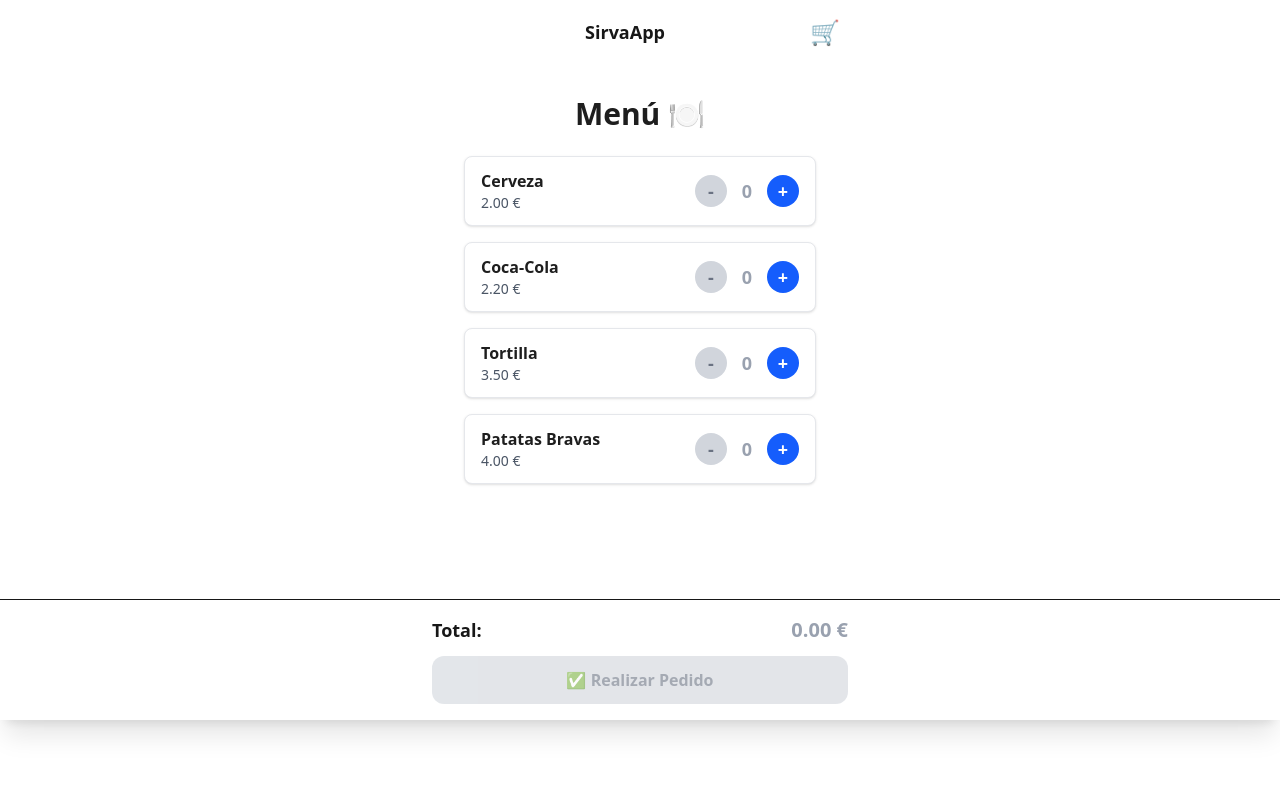
Repository: jrcardenas/sirvaapp
Page: /menu
The author's editor kept a copy of each file at every save. The page is drawn from the files as they stood at one save, then again after the next save.
The browser window is 1280 px wide. The pictures show the whole page.
The project was rebuilt for these pictures with package versions that can differ from the ones it lists, and the page was loaded fresh each time. The framework's server and built-in components were replaced by stand-ins that run in the browser. Also part of the build but not shown: next.config.ts.

Above is the page before, as saved 2025-11-02 12:01:12.

After the next save:
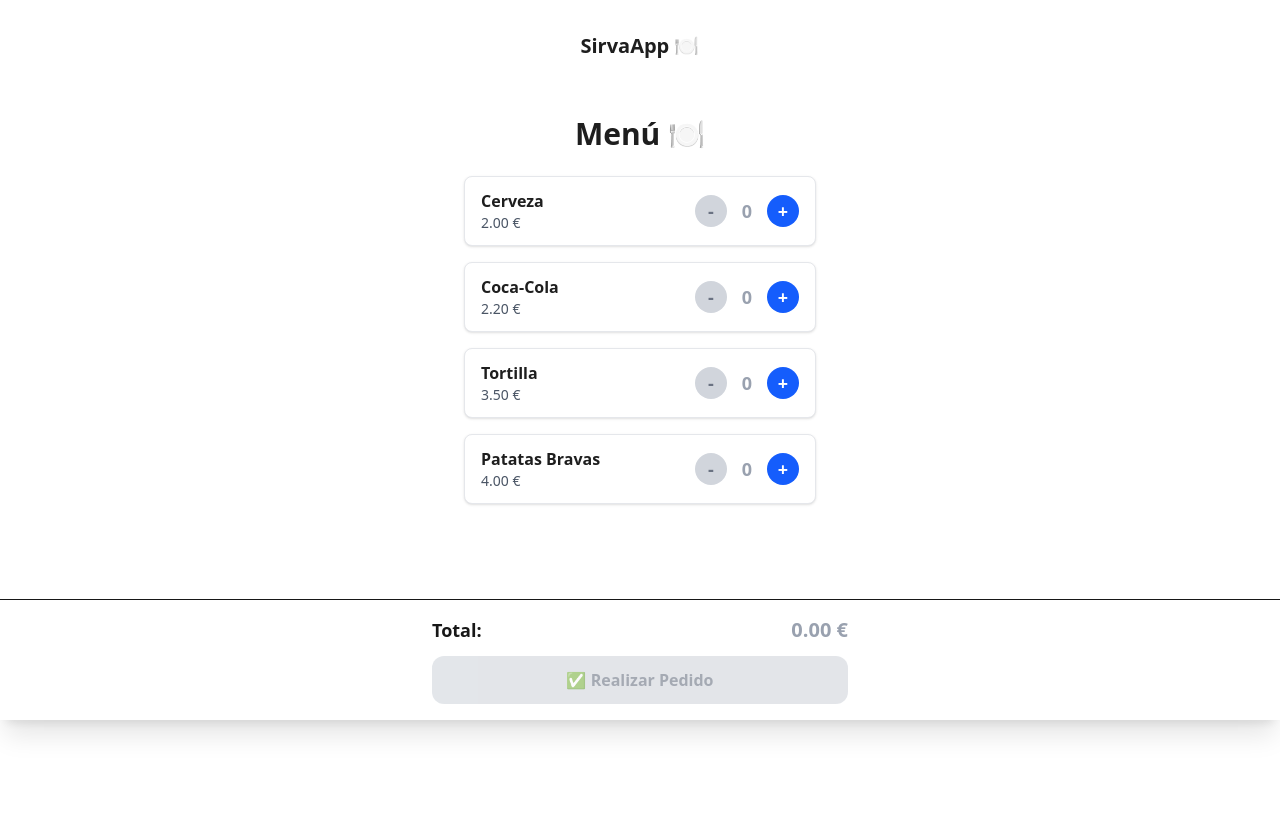
Saved 3 min 58 s later.
--- a/app/components/layout/Header.tsx
+++ b/app/components/layout/Header.tsx
@@ -1,27 +1,11 @@
 "use client";
 
-import Link from "next/link";
-import { useOrder } from "@/context/OrderContext";
-
 export default function Header() {
-  const { pedido } = useOrder();
-  const totalItems = pedido.reduce((acc, item) => acc + item.cantidad, 0);
-
   return (
-    <header className="flex justify-between items-center mb-6">
-      <div /> {/* placeholder para el espacio izquierdo */}
-
-      <h1 className="text-lg font-bold">SirvaApp</h1>
-
-      <Link href="/carrito" className="relative">
-        <span className="text-2xl">🛒</span>
-
-        {totalItems > 0 && (
-          <span className="absolute -top-1 -right-2 bg-[var(--color-primary)] text-white rounded-full text-xs px-1">
-            {totalItems}
-          </span>
-        )}
-      </Link>
+    <header className="w-full py-4 mb-4 flex justify-center">
+      <h1 className="text-xl font-bold text-[var(--color-text-dark)]">
+        SirvaApp 🍽️
+      </h1>
     </header>
   );
 }
